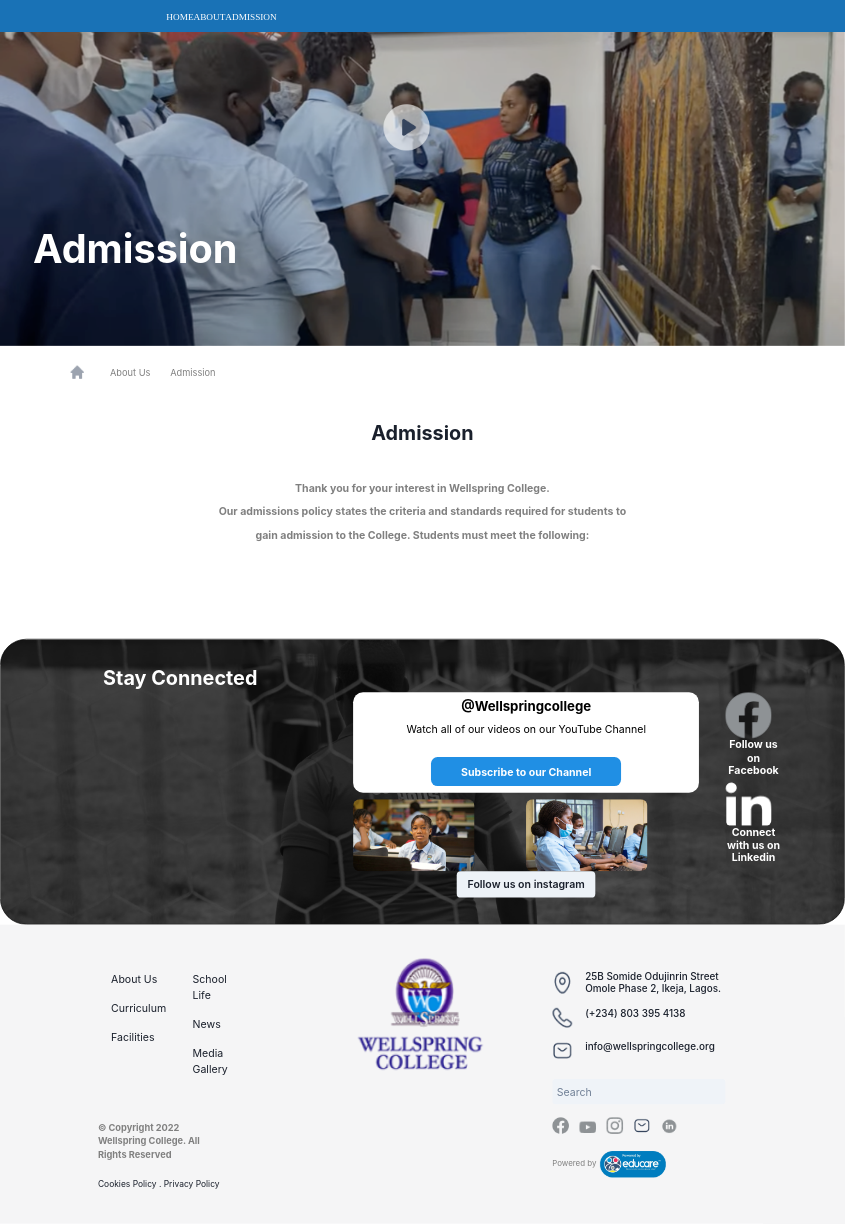
Repository: gr8skills/wellspring-school-forked
Page: /admission
An editor plug-in stored every save of this project. The page is shown before and after a run of saves, followed by the edit.
The browser window is 1280 px wide. The pictures show the whole page, at 66% of full size.
The project was rebuilt for these pictures with package versions that can differ from the ones it lists, and the page was loaded fresh each time. Also part of the build but not shown: src/components/Navbar/Dropdown.scss, src/components/Navbar/Dropdown.js, src/components/Testimonials/Testimonials.js, src/components/Calendar/Calendar.js, src/components/News/News.js, src/components/WhyWellspring/_why-wellspring.scss, src/components/WhyWellspring/WhyWellspring.js, src/components/AppTab/AppTab.js and 9 more.

Above is the page before, as saved 2022-12-06 17:45:52.

After the next 2 saves:
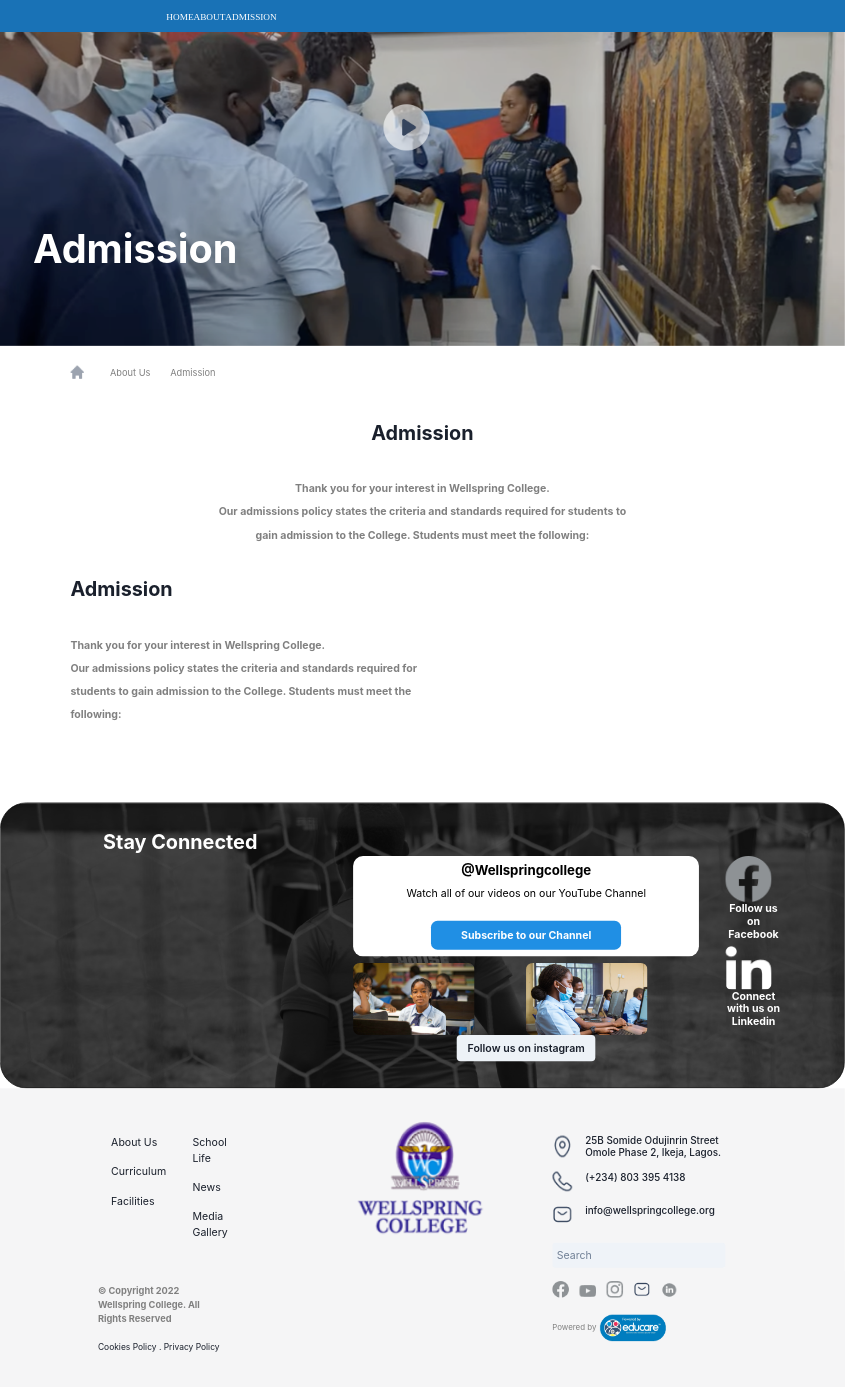
The 2 saves are shown as one change because they came seconds apart.
The last was saved 24 s later.
--- a/src/pages/Admission/Admission.js
+++ b/src/pages/Admission/Admission.js
@@ -45,7 +45,19 @@
       </div>
       <div className="col-md-12 flexy">
         <div className="col-md-1">&nbsp;</div>
-        <div className="col-md-10 flexy">&nbsp;</div>
+        <div className="col-md-10 flexy">
+          <div className="page-body col-md-6 ">
+            <Heading size="lg" mb="50px" mt="30px">
+              Admission
+            </Heading>
+            <p style={{ lineHeight: "35px" }}>
+              Thank you for your interest in Wellspring College.
+              <br /> Our admissions policy states the criteria and standards
+              required for students to gain admission to the College. Students
+              must meet the following:
+            </p>
+          </div>
+        </div>
       </div>
 
       <StayConnected />
